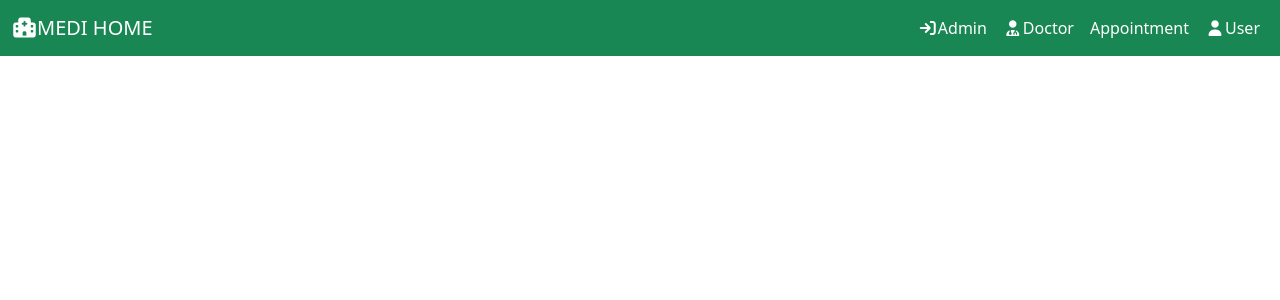
Repository: Anikett-777/app-auth
Page: http://localhost/Hospital_management_System_02/admin_login.jsp
These files come from the project's save history. The page is drawn as it stood at one moment and after the next save; the edit follows.
The browser window is 1280 px wide. The pictures show the whole page.
Some web libraries are served in a nearby version. The page is served by Tomcat 9. Other server files are loaded and not shown.

Above is the page before, as saved 2025-12-03 10:24:14.

### Hospital_management_System_02/src/main/webapp/admin_login.jsp
<%@ page language="java" contentType="text/html; charset=UTF-8"
    pageEncoding="UTF-8"%>
<!DOCTYPE html>
<html>
<head>
<meta charset="UTF-8">
<title>Admin login </title>
<%@ include file="components/allcss.jsp" %>
</head>
<body>
<%@include file="components/navbar.jsp" %>
</body>
</html>

### Hospital_management_System_02/src/main/webapp/components/allcss.jsp
<link
	href="https://cdn.jsdelivr.net/npm/bootstrap@5.3.8/dist/css/bootstrap.min.css"
	rel="stylesheet"
	integrity="sha384-sRIl4kxILFvY47J16cr9ZwB07vP4J8+LH7qKQnuqkuIAvNWLzeN8tE5YBujZqJLB"
	crossorigin="anonymous">

<link rel="stylesheet"
	href="https://cdnjs.cloudflare.com/ajax/libs/font-awesome/7.0.1/css/all.min.css"
	integrity="sha512-2SwdPD6INVrV/lHTZbO2nodKhrnDdJK9/kg2XD1r9uGqPo1cUbujc+IYdlYdEErWNu69gVcYgdxlmVmzTWnetw=="
	crossorigin="anonymous" referrerpolicy="no-referrer" />

	<script
		src="https://cdn.jsdelivr.net/npm/bootstrap@5.3.8/dist/js/bootstrap.bundle.min.js"
		integrity="sha384-FKyoEForCGlyvwx9Hj09JcYn3nv7wiPVlz7YYwJrWVcXK/BmnVDxM+D2scQbITxI"
		crossorigin="anonymous"></script>

### Hospital_management_System_02/src/main/webapp/components/navbar.jsp
<nav class="navbar navbar-expand-lg navbar-dark bg-success">
	<div class="container-fluid">
		<a class="navbar-brand" href="index.jsp"><i class="fa-solid fa-hospital"></i>MEDI HOME</a>
		<button class="navbar-toggler" type="button" data-bs-toggle="collapse"
			data-bs-target="#navbarSupportedContent"
			aria-controls="navbarSupportedContent" aria-expanded="false"
			aria-label="Toggle navigation">
			<span class="navbar-toggler-icon"></span>
		</button>
		<div class="collapse navbar-collapse" id="navbarSupportedContent">
			<ul class="navbar-nav ms-auto mb-2 mb-lg-0">
				<li class="nav-item"><a class="nav-link active"
					aria-current="page" href="admin_login.jsp"><i class="fa-solid fa-arrow-right-to-bracket"></i>Admin</a></li>
				<li class="nav-item"><a class="nav-link active"
					aria-current="page" href="doctor_login.jsp"><i class="fa-solid fa-user-doctor"></i>Doctor</a></li>
				<li class="nav-item"><a class="nav-link active"
					aria-current="page" href="#">Appointment</a></li>
					<li class="nav-item"><a class="nav-link active"
					aria-current="page" href="user_login.jsp"><i class="fa-solid fa-user"></i>User</a></li>

				<!--    <li class="nav-item dropdown">
          <a class="nav-link dropdown-toggle" href="#" role="button" data-bs-toggle="dropdown" aria-expanded="false">
            Dropdown
          </a>
          <ul class="dropdown-menu">
            <li><a class="dropdown-item" href="#">Action</a></li>
            <li><a class="dropdown-item" href="#">Another action</a></li>
            <li><hr class="dropdown-divider"></li>
            <li><a class="dropdown-item" href="#">Something else here</a></li>
          </ul>
        </li> -->


			</ul>
		</div>
	</div>
</nav>

After the next save:
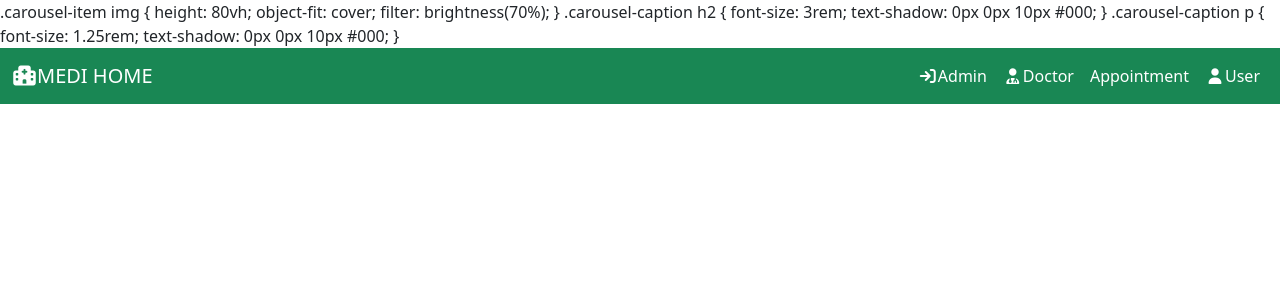
Saved 3 min 36 s later.
--- a/Hospital_management_System_02/src/main/webapp/components/allcss.jsp
+++ b/Hospital_management_System_02/src/main/webapp/components/allcss.jsp
@@ -13,3 +13,20 @@
 		src="https://cdn.jsdelivr.net/npm/bootstrap@5.3.8/dist/js/bootstrap.bundle.min.js"
 		integrity="sha384-FKyoEForCGlyvwx9Hj09JcYn3nv7wiPVlz7YYwJrWVcXK/BmnVDxM+D2scQbITxI"
 		crossorigin="anonymous"></script>
+
+
+ .carousel-item img {
+  height: 80vh;
+  object-fit: cover;
+  filter: brightness(70%);
+}
+
+.carousel-caption h2 {
+  font-size: 3rem;
+  text-shadow: 0px 0px 10px #000;
+}
+
+.carousel-caption p {
+  font-size: 1.25rem;
+  text-shadow: 0px 0px 10px #000;
+}
